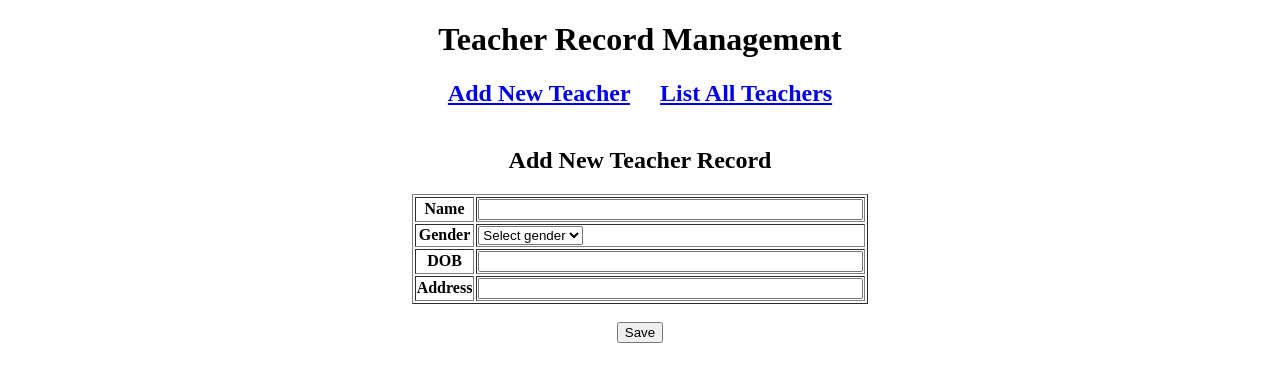
Repository: ashkumar661/Phase-2-Project
Page: http://localhost/crud-example/teacher-form.jsp
An editor plug-in stored every save of this project. The page is shown before and after the next save, followed by the edit.
The browser window is 1280 px wide. The pictures show the whole page.
The page is served by Tomcat 9. Other server files are loaded and not shown.

Above is the page before, as saved 2022-05-20 18:45:45.

### crud-example/src/main/webapp/teacher-form.jsp
<%@ page language="java" contentType="text/html; charset=ISO-8859-1"
	pageEncoding="ISO-8859-1"%>
<%@ taglib uri="http://java.sun.com/jsp/jstl/core" prefix="c"%>
<!DOCTYPE HTML PUBLIC "-//W3C//DTD HTML 4.01 Transitional//EN" "http://www.w3.org/TR/html4/loose.dtd">
<html>
<head>
<title>Learner's Academy</title>
</head>
<body>
	<center>
		<h1>Teacher Record Management</h1>
		<h2>
			<a href="<%=request.getContextPath()%>/newTeacher">Add New
				Teacher</a> &nbsp;&nbsp;&nbsp; <a
				href="<%=request.getContextPath()%>/listTeacher">List All
				Teachers</a>

		</h2>
		<c:if test="${userTeacher != null}">
			<form action="updateTeacher" method="post">
		</c:if>
		<c:if test="${userTeacher == null}">
			<form action="insertTeacher" method="post">
		</c:if>
		<table border="1">
			<caption>
				<h2>
					<c:if test="${userTeacher != null}">
                        Edit Teacher Record
                    </c:if>
					<c:if test="${userTeacher == null}">
                        Add New Teacher Record
                    </c:if>
				</h2>
			</caption>
			<c:if test="${userTeacher != null}">
				<input type="hidden" name="id"
					value="<c:out value='${userTeacher.id}' />" />
			</c:if>
			<tr>
				<th>Name</th>
				<td><input type="text" name="name" size="45"
					value="<c:out value='${userTeacher.name}' />" /></td>
			</tr>
			<tr>
				<th>Gender</th>
				<td><select name="gender" id="gender">
						<c:if test="${userStudent == null}">
							<option disabled value="" selected>Select gender</option>

							<option value="Male">Male</option>
							<option value="Female">Female</option>
						</c:if>
						<c:if test="${userStudent != null}">
							<option value='<c:out value="${userStudent.gender}"/>'><c:out
									value="${userStudent.gender}" /></option>
							<c:if test="${userStudent.gender == 'Male'}">
								<option value="Female">Female</option>
							</c:if>
							<c:if test="${userStudent.gender == 'Female'}">
								<option value="Male">Male</option>
							</c:if>
						</c:if>
				</select></td>
			</tr>
			<tr>
				<th>DOB</th>
				<td><input type="text" name="dob" size="45"
					value="<c:out value='${userTeacher.dob}' />" /></td>
			</tr>
			<tr>
				<th>Address</th>
				<td><input type="text" name="address" size="45"
					value="<c:out value='${userTeacher.address}' />" /></td>
			</tr>
		</table>
		<br> <input type="submit" value="Save" />
		</form>
	</center>
</body>
</html>

After the next save:
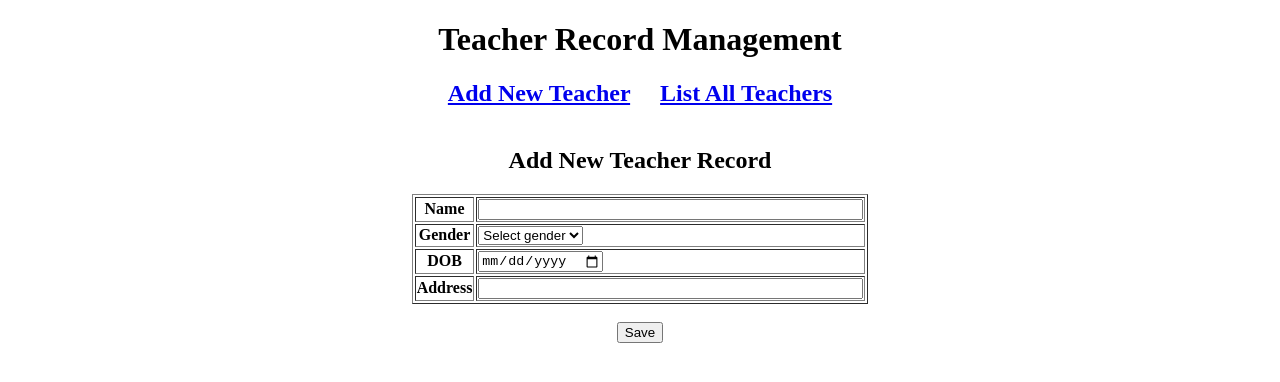
Saved 42 s later.
--- a/crud-example/src/main/webapp/teacher-form.jsp
+++ b/crud-example/src/main/webapp/teacher-form.jsp
@@ -65,7 +65,7 @@
 			</tr>
 			<tr>
 				<th>DOB</th>
-				<td><input type="text" name="dob" size="45"
+				<td><input type="date" name="dob" size="45"
 					value="<c:out value='${userTeacher.dob}' />" /></td>
 			</tr>
 			<tr>
